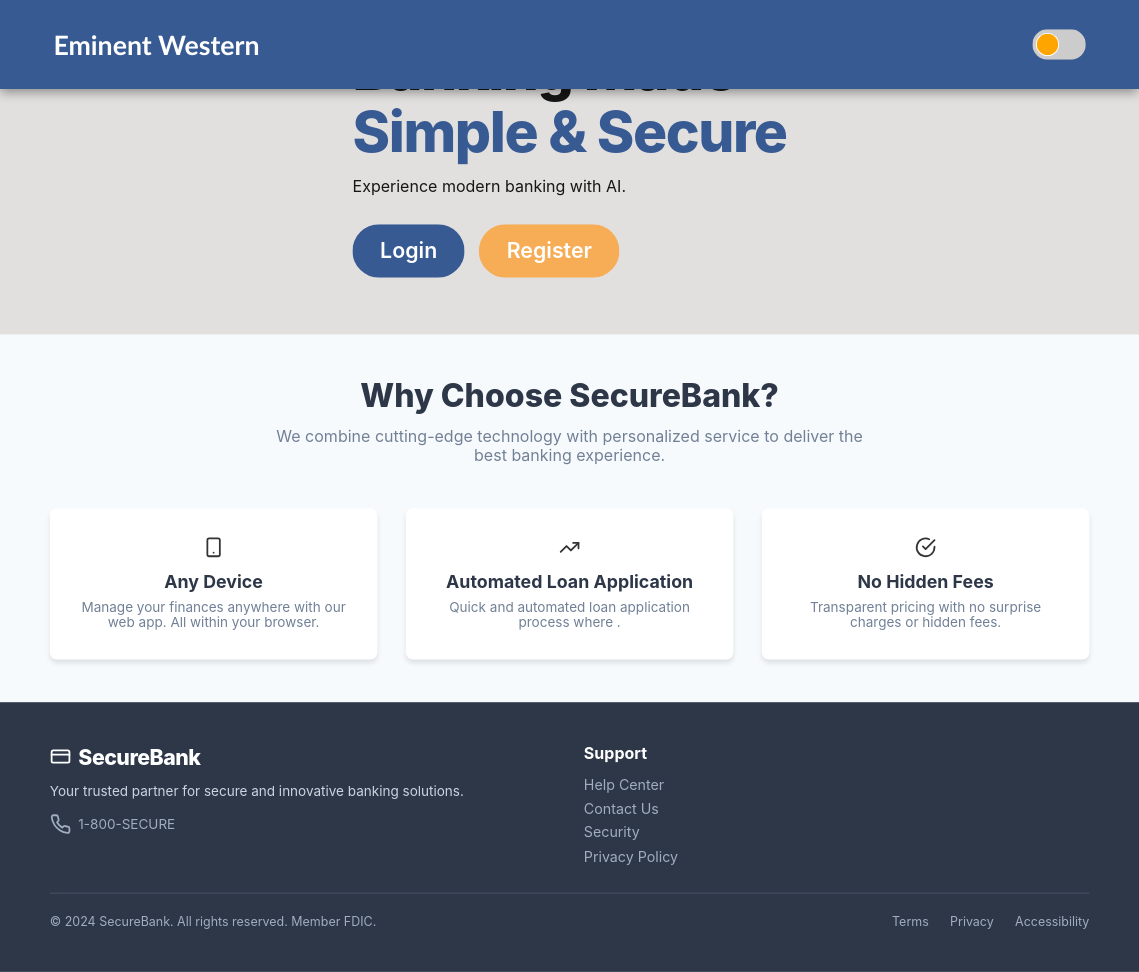
Repository: Kong-fish/FYP_repo
Page: / (app in fyp_web/)
The author's editor kept a copy of each file at every save. The page is drawn from the files as they stood at one save, then again after a run of saves.
The browser window is 1280 px wide. The pictures show the whole page, at 89% of full size.
The project was rebuilt for these pictures with package versions that can differ from the ones it lists, and the page was loaded fresh each time. Also part of the build but not shown: fyp_web/src/Landing/Register.tsx, fyp_web/src/Landing/Login.tsx, fyp_web/src/Landing/Forgot_Password.tsx, fyp_web/src/Dashboard/Admin_Dashboard.tsx, fyp_web/src/Cust_Function/Cust_Pass_Ver.tsx, fyp_web/src/Dashboard/Customer_Dashboard.tsx, fyp_web/src/Admin_Function/AdminFunction.css, fyp_web/src/Admin_Function/ReviewLoan.tsx and 14 more.

Above is the page before, as saved 2025-06-27 02:25:21.

After the next 4 saves:
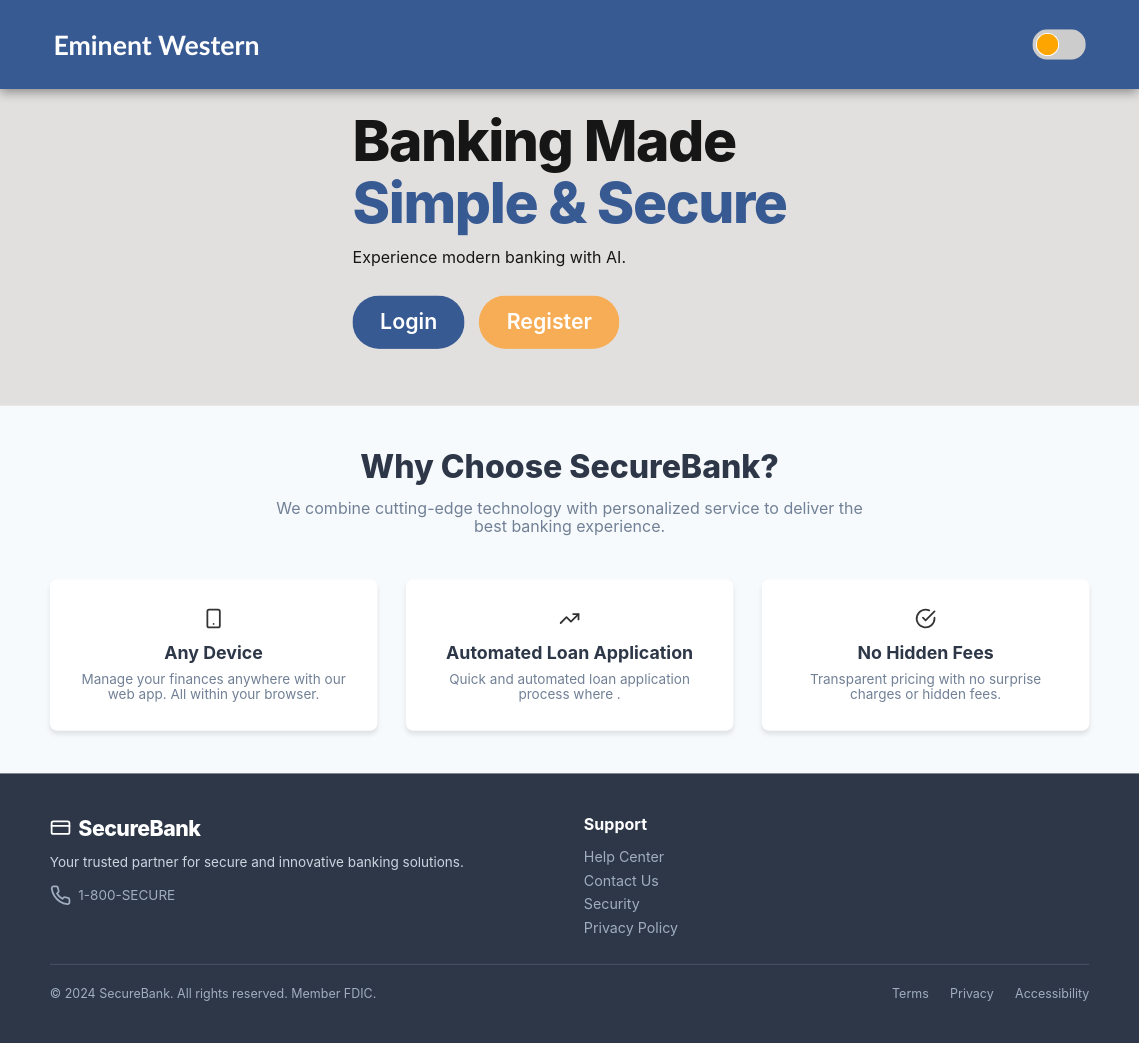
The 4 saves are shown as one change because they came seconds apart.
The last was saved 39 s later.
--- a/fyp_web/src/Landing/Landing.css
+++ b/fyp_web/src/Landing/Landing.css
@@ -51,13 +51,10 @@ html, body {
 
 .hero {
   background-color: #e2e0df;
-  /* Light mode hero background */
   color: #161616;
-  /* Light mode hero text color */
   padding-bottom: 4rem;
   text-align: center;
-  /* Ensure no top margin/padding to prevent gap */
-  margin-top: 0;
+  margin-top: 80px;
   padding-top: 0;
 }
 
